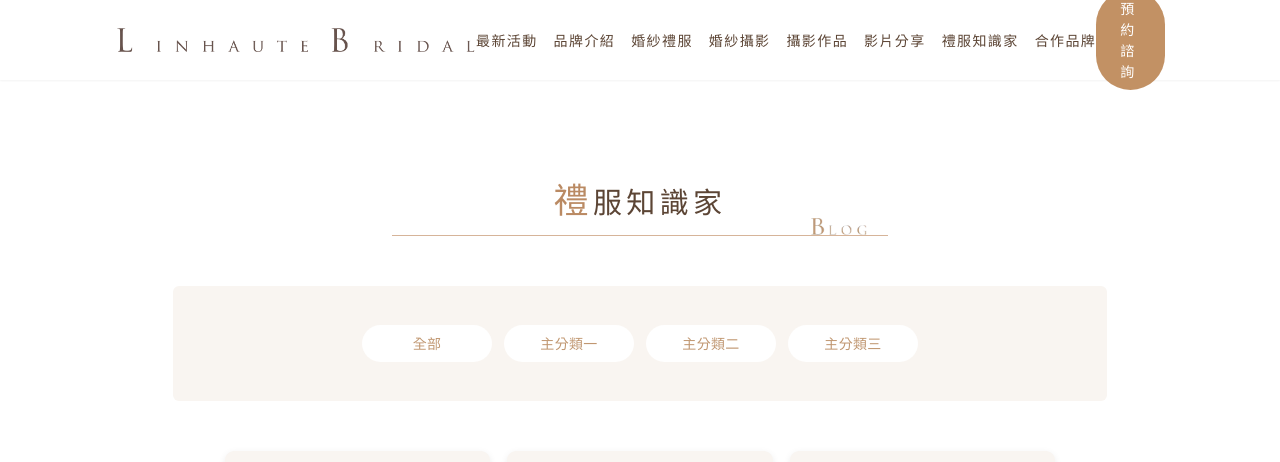
Repository: Jeffrey0117/lin-page
Page: 11.html
The author's editor kept a copy of each file at every save. The page is drawn from the files as they stood at one save, then again after the next save.
The browser window is 1280 px wide. The pictures show the part of the page from y = 0 to 462 px (the page is 2861 px tall before and 2855 px after).
Pictures or frames that could not be fetched are drawn as grey boxes. Some web libraries are served in a nearby version.

Above is the page before, as saved 2025-12-01 15:43:30.

### 11.html
<!DOCTYPE html>
<html lang="zh-Hant">
<head>
    <meta charset="UTF-8">
    <meta name="viewport" content="width=device-width, initial-scale=1.0">
    <script src="https://cdn.tailwindcss.com"></script>
    <script>
      tailwind.config = {
        theme: {
          extend: {
            colors: {
              'text-main-title': '#5C4535',
              'text-subtitle': '#8E8174',
              'text-gold': '#BA8A63',
              'btn-bg': '#C29164',
              'underline': '#D6B499',
              'card-bg': '#F9F5F1',
              'footer-bg': '#D3B599',
              'footer-copyright': '#C09771',
            }
          }
        }
      }
    </script>
    <title>禮服知識家 - LinHaute Bridal</title>
    <link rel="preconnect" href="https://fonts.googleapis.com">
    <link rel="preconnect" href="https://fonts.gstatic.com" crossorigin>
    <link href="https://fonts.googleapis.com/css2?family=Noto+Sans+HK:wght@300;400&display=swap" rel="stylesheet">
    <link href="https://fonts.googleapis.com/css2?family=Cormorant+Garamond:wght@600&display=swap" rel="stylesheet">
    <script src="https://code.jquery.com/jquery-3.6.0.min.js"></script>
    <style>
        .font-serifEng { font-family: 'Cormorant Garamond', serif; }
    </style>
</head>
<body class="font-['Noto_Sans_HK'] font-normal">

    <!-- Header Navigation -->
    <header class="fixed top-0 left-0 right-0 z-50 bg-white shadow-sm">
        <nav class="max-w-[1920px] mx-auto px-8 sm:px-10 md:px-16 lg:px-[115px]">
            <div class="flex items-center justify-between h-[80px]">
                <div class="flex-shrink-0 pl-2 sm:pl-0">
                    <a href="#" class="flex items-center">
                        <img src="images/logo/logo.svg" alt="LinHaute Bridal Logo" class="w-[200px] md:w-[280px] lg:w-[320px] xl:w-[361px] h-auto">
                    </a>
                </div>
                <div class="hidden lg:flex items-center lg:space-x-1.5 xl:space-x-4 2xl:space-x-6">
                    <a href="#" class="text-[13px] xl:text-[14px] tracking-[0.10em] text-text-main-title hover:text-text-gold transition-colors duration-300 whitespace-nowrap">最新活動</a>
                    <a href="#" class="text-[13px] xl:text-[14px] tracking-[0.10em] text-text-main-title hover:text-text-gold transition-colors duration-300 whitespace-nowrap">品牌介紹</a>
                    <a href="#" class="text-[13px] xl:text-[14px] tracking-[0.10em] text-text-main-title hover:text-text-gold transition-colors duration-300 whitespace-nowrap">婚紗禮服</a>
                    <a href="#" class="text-[13px] xl:text-[14px] tracking-[0.10em] text-text-main-title hover:text-text-gold transition-colors duration-300 whitespace-nowrap">婚紗攝影</a>
                    <a href="#" class="text-[13px] xl:text-[14px] tracking-[0.10em] text-text-main-title hover:text-text-gold transition-colors duration-300 whitespace-nowrap">攝影作品</a>
                    <a href="#" class="text-[13px] xl:text-[14px] tracking-[0.10em] text-text-main-title hover:text-text-gold transition-colors duration-300 whitespace-nowrap">影片分享</a>
                    <a href="#" class="text-[13px] xl:text-[14px] tracking-[0.10em] text-text-main-title hover:text-text-gold transition-colors duration-300 whitespace-nowrap">禮服知識家</a>
                    <a href="#" class="text-[13px] xl:text-[14px] tracking-[0.10em] text-text-main-title hover:text-text-gold transition-colors duration-300 whitespace-nowrap">合作品牌</a>
                </div>
                <div class="hidden lg:block">
                    <a href="#" class="inline-flex items-center justify-center px-6 py-2 bg-btn-bg text-white text-[14px] tracking-[0.10em] rounded-full hover:bg-text-gold transition-colors duration-300">預約諮詢</a>
                </div>
                <button id="mobile-menu-btn" class="lg:hidden flex flex-col justify-center items-center w-10 h-10 space-y-1.5 focus:outline-none" aria-label="Toggle menu">
                    <span class="hamburger-line w-6 h-0.5 bg-text-main-title transition-all duration-300"></span>
                    <span class="hamburger-line w-6 h-0.5 bg-text-main-title transition-all duration-300"></span>
                    <span class="hamburger-line w-6 h-0.5 bg-text-main-title transition-all duration-300"></span>
                </button>
            </div>
        </nav>
        <div id="mobile-menu" class="lg:hidden hidden bg-white border-t border-gray-100">
            <div class="px-4 py-4 space-y-3">
                <a href="#" class="block text-[14px] tracking-[0.10em] text-text-main-title hover:text-text-gold transition-colors duration-300 py-2">最新活動</a>
                <a href="#" class="block text-[14px] tracking-[0.10em] text-text-main-title hover:text-text-gold transition-colors duration-300 py-2">品牌介紹</a>
                <a href="#" class="block text-[14px] tracking-[0.10em] text-text-main-title hover:text-text-gold transition-colors duration-300 py-2">婚紗禮服</a>
                <a href="#" class="block text-[14px] tracking-[0.10em] text-text-main-title hover:text-text-gold transition-colors duration-300 py-2">婚紗攝影</a>
                <a href="#" class="block text-[14px] tracking-[0.10em] text-text-main-title hover:text-text-gold transition-colors duration-300 py-2">攝影作品</a>
                <a href="#" class="block text-[14px] tracking-[0.10em] text-text-main-title hover:text-text-gold transition-colors duration-300 py-2">影片分享</a>
                <a href="#" class="block text-[14px] tracking-[0.10em] text-text-main-title hover:text-text-gold transition-colors duration-300 py-2">禮服知識家</a>
                <a href="#" class="block text-[14px] tracking-[0.10em] text-text-main-title hover:text-text-gold transition-colors duration-300 py-2">合作品牌</a>
                <div class="pt-3">
                    <a href="#" class="inline-flex items-center justify-center w-full py-3 bg-btn-bg text-white text-[14px] tracking-[0.10em] rounded-full hover:bg-text-gold transition-colors duration-300">預約諮詢</a>
                </div>
            </div>
        </div>
    </header>

    <!-- 禮服知識家 Blog Section -->
    <section class="bg-white pt-[180px] flex flex-col items-center">

        <div class="main-title-wrapper flex flex-col items-center relative">
            <div class="relative inline-block">
                <h2 class="text-[29px] leading-none tracking-[0.15em] text-text-main-title inline">
                    <span class="text-[35px] text-text-gold">禮</span><span class="text-[29px] text-text-main-title">服知識家</span>
                </h2>
                <img src="images/text/section-blog.png" alt="BLOG" class="absolute left-[calc(100%+85px)] bottom-[-17px] h-[17px]">
            </div>
            <div class="w-[496px] border-b border-underline mt-[17px]"></div>
        </div>

        <div class="mt-[50px] mb-[50px] flex-col w-[90%] lg:w-[73%] max-w-[1392px] rounded-md flex bg-[#f9f5f1] py-[39px] px-2 sm:px-8 xl:px-40">
          <div class="flex flex-wrap xl:flex-nowrap gap-3 justify-center items-center">
            <button data-category="all" class="filter-btn group py-[8px] w-[130px] flex items-center justify-center text-[#c09771] rounded-full text-[14px] tracking-wide hover:bg-[#c09771] bg-white hover:text-white transition">全部</button>
            <button data-category="category-1" class="filter-btn group py-[8px] w-[130px] flex items-center justify-center gap-2 text-[#c09771] rounded-full text-[14px] tracking-wide hover:bg-[#c09771] bg-white hover:text-white transition">主分類一</button>
            <button data-category="category-2" class="filter-btn group py-[8px] w-[130px] flex items-center justify-center gap-2 text-[#c09771] rounded-full text-[14px] tracking-wide hover:bg-[#c09771] bg-white hover:text-white transition">主分類二</button>
            <button data-category="category-3" class="filter-btn group py-[8px] w-[130px] flex items-center justify-center gap-2 text-[#c09771] rounded-full text-[14px] tracking-wide hover:bg-[#c09771] bg-white hover:text-white transition">主分類三</button>
          </div>
        </div>
        <div class="w-full max-w-[1920px] grid grid-cols-1 sm:grid-cols-2 lg:grid-cols-3 gap-x-4 md:gap-x-[17px] gap-y-[67px] px-4 sm:px-8 md:px-16 lg:px-[225px] justify-items-center">

            <!-- Card 1 -->
            <div class="group w-full max-w-[385px] rounded-[9px] shadow-[0_2px_7px_rgba(0,0,0,0.08)] flex flex-col transition-colors duration-300 overflow-hidden bg-card-bg hover:bg-white">
                <img src="images/blog/blog-post-01.png" alt="Blog Image" class="w-[361px] h-[234px] mt-[17px] mx-[12px] object-cover">
                <p class="text-[14px] tracking-[0.10em] text-text-gold mt-[17px] px-[12px]">主分類一</p>
                <h3 class="text-[17px] tracking-[0.10em] text-text-main-title mt-[21px] mb-[26px] px-[12px]">高雄設計婚禮禮服推薦｜聚會場合不可少的晚禮服</h3>
                <p class="text-[14px] leading-6 tracking-[0.10em] text-text-subtitle px-[12px] grow">晚禮服是晚上20點以後穿用的正式禮服，是女士禮服中最高檔次，最具特色，充分展示個性的禮服樣式。又稱夜禮服、晚...</p>
                <a href="#" class="w-full h-[74px] mt-[26px] flex justify-center items-center text-[16px] font-semibold tracking-[0.10em] no-underline text-text-gold transition-colors duration-300 rounded-b-[9px] group-hover:bg-btn-bg group-hover:text-white" style="font-family: 'Cormorant Garamond', serif;">
                    <span>READ MORE</span> <i class="fas fa-chevron-right ml-2.5"></i>
                </a>
            </div>

            <!-- Card 2 -->
            <div class="group w-full max-w-[385px] rounded-[9px] shadow-[0_2px_7px_rgba(0,0,0,0.08)] flex flex-col transition-colors duration-300 overflow-hidden bg-card-bg hover:bg-white">
                <img src="images/blog/blog-post-02.png" alt="Blog Image" class="w-[361px] h-[234px] mt-[17px] mx-[12px] object-cover">
                <p class="text-[14px] tracking-[0.10em] text-text-gold mt-[17px] px-[12px]">主分類二</p>
                <h3 class="text-[17px] tracking-[0.10em] text-text-main-title mt-[21px] mb-[26px] px-[12px]">禮服挑選不藏私技巧大公開｜從認識禮服到婚紗挑選一次完整解析</h3>
                <p class="text-[14px] leading-6 tracking-[0.10em] text-text-subtitle px-[12px] grow">婚紗風格怎麼挑？看看身邊的朋友的婚紗照，總幻想著自己穿婚紗照該是什麼樣子。希望自己喜歡，又想要適合自己與另...</p>
                <a href="#" class="w-full h-[74px] mt-[26px] flex justify-center items-center text-[16px] font-semibold tracking-[0.10em] no-underline text-text-gold transition-colors duration-300 rounded-b-[9px] group-hover:bg-btn-bg group-hover:text-white" style="font-family: 'Cormorant Garamond', serif;">
                    <span>READ MORE</span> <i class="fas fa-chevron-right ml-2.5"></i>
                </a>
            </div>

            <!-- Card 3 -->
            <div class="group w-full max-w-[385px] rounded-[9px] shadow-[0_2px_7px_rgba(0,0,0,0.08)] flex flex-col transition-colors duration-300 overflow-hidden bg-card-bg hover:bg-white">
                <img src="images/blog/blog-post-03.png" alt="Blog Image" class="w-[361px] h-[234px] mt-[17px] mx-[12px] object-cover">
                <p class="text-[14px] tracking-[0.10em] text-text-gold mt-[17px] px-[12px]">主分類一</p>
                <h3 class="text-[17px] tracking-[0.10em] text-text-main-title mt-[21px] mb-[26px] px-[12px]">高雄婚紗禮服推薦首選｜禮服租借、婚紗照拍攝、婚紗攝影師好評、婚紗展熱銷款式</h3>
                <p class="text-[14px] leading-6 tracking-[0.10em] text-text-subtitle px-[12px] grow">高雄婚紗禮服推薦百選品牌！從專業婚顧服務、禮服租借、婚紗照拍攝、攝影師拍攝最受歡式、想知道更多婚紗展熱銷經...</p>
                <a href="#" class="w-full h-[74px] mt-[26px] flex justify-center items-center text-[16px] font-semibold tracking-[0.10em] no-underline text-text-gold transition-colors duration-300 rounded-b-[9px] group-hover:bg-btn-bg group-hover:text-white" style="font-family: 'Cormorant Garamond', serif;">
                    <span>READ MORE</span> <i class="fas fa-chevron-right ml-2.5"></i>
                </a>
            </div>

            <!-- Card 4 -->
            <div class="group w-full max-w-[385px] rounded-[9px] shadow-[0_2px_7px_rgba(0,0,0,0.08)] flex flex-col transition-colors duration-300 overflow-hidden bg-card-bg hover:bg-white">
                <img src="images/blog/04.png" alt="Blog Image" class="w-[361px] h-[234px] mt-[17px] mx-[12px] object-cover">
                <p class="text-[14px] tracking-[0.10em] text-text-gold mt-[17px] px-[12px]">主分類二</p>
                <h3 class="text-[17px] tracking-[0.10em] text-text-main-title mt-[21px] mb-[26px] px-[12px]">手工禮服與婚宴場地的搭配訣竅｜教妳挑出完美的宴客禮服婚紗</h3>
                <p class="text-[14px] leading-6 tracking-[0.10em] text-text-subtitle px-[12px] grow">婚紗風格怎麼挑？看著身邊的朋友的婚紗照，總幻想著自己的婚紗照該是什麼樣子。希望自己喜歡，又想要適合自己與另...</p>
                <a href="#" class="w-full h-[74px] mt-[26px] flex justify-center items-center text-[16px] font-semibold tracking-[0.10em] no-underline text-text-gold transition-colors duration-300 rounded-b-[9px] group-hover:bg-btn-bg group-hover:text-white" style="font-family: 'Cormorant Garamond', serif;">
                    <span>READ MORE</span> <i class="fas fa-chevron-right ml-2.5"></i>
                </a>
            </div>

            <!-- Card 5 -->
            <div class="group w-full max-w-[385px] rounded-[9px] shadow-[0_2px_7px_rgba(0,0,0,0.08)] flex flex-col transition-colors duration-300 overflow-hidden bg-card-bg hover:bg-white">
                <img src="images/blog/05.png" alt="Blog Image" class="w-[361px] h-[234px] mt-[17px] mx-[12px] object-cover">
                <p class="text-[14px] tracking-[0.10em] text-text-gold mt-[17px] px-[12px]">主分類三</p>
                <h3 class="text-[17px] tracking-[0.10em] text-text-main-title mt-[21px] mb-[26px] px-[12px]">高雄婚紗禮服推薦首選｜禮服租借技巧</h3>
                <p class="text-[14px] leading-6 tracking-[0.10em] text-text-subtitle px-[12px] grow">結婚是說起來很甜蜜的事情，但開始籌備後，才知道事前準備事項、功課清單越列越長，藏在細節裡的魔鬼多到不行！</p>
                <a href="#" class="w-full h-[74px] mt-[26px] flex justify-center items-center text-[16px] font-semibold tracking-[0.10em] no-underline text-text-gold transition-colors duration-300 rounded-b-[9px] group-hover:bg-btn-bg group-hover:text-white" style="font-family: 'Cormorant Garamond', serif;">
                    <span>READ MORE</span> <i class="fas fa-chevron-right ml-2.5"></i>
                </a>
            </div>

            <!-- Card 6 -->
            <div class="group w-full max-w-[385px] rounded-[9px] shadow-[0_2px_7px_rgba(0,0,0,0.08)] flex flex-col transition-colors duration-300 overflow-hidden bg-card-bg hover:bg-white">
                <img src="images/blog/06.png" alt="Blog Image" class="w-[361px] h-[234px] mt-[17px] mx-[12px] object-cover">
                <p class="text-[14px] tracking-[0.10em] text-text-gold mt-[17px] px-[12px]">主分類一</p>
                <h3 class="text-[17px] tracking-[0.10em] text-text-main-title mt-[21px] mb-[26px] px-[12px]">手工禮服是什麼？跟常見的婚紗禮服有什麼不同嗎？教你選擇最適合妳的禮服！</h3>
                <p class="text-[14px] leading-6 tracking-[0.10em] text-text-subtitle px-[12px] grow">每個人對婚紗的概念不一樣，我們尊重每一個人對婚紗的追求不同於常見的婚紗禮服，一件手工訂製獨一無二的單款禮服...</p>
                <a href="#" class="w-full h-[74px] mt-[26px] flex justify-center items-center text-[16px] font-semibold tracking-[0.10em] no-underline text-text-gold transition-colors duration-300 rounded-b-[9px] group-hover:bg-btn-bg group-hover:text-white" style="font-family: 'Cormorant Garamond', serif;">
                    <span>READ MORE</span> <i class="fas fa-chevron-right ml-2.5"></i>
                </a>
            </div>

            <!-- Card 7 -->
            <div class="group w-full max-w-[385px] rounded-[9px] shadow-[0_2px_7px_rgba(0,0,0,0.08)] flex flex-col transition-colors duration-300 overflow-hidden bg-card-bg hover:bg-white">
                <img src="images/blog/07.png" alt="Blog Image" class="w-[361px] h-[234px] mt-[17px] mx-[12px] object-cover">
                <p class="text-[14px] tracking-[0.10em] text-text-gold mt-[17px] px-[12px]">主分類二</p>
                <h3 class="text-[17px] tracking-[0.10em] text-text-main-title mt-[21px] mb-[26px] px-[12px]">手工禮服是什麼？跟常見的婚紗禮服有什麼不同嗎？教你選擇最適合妳的禮服！</h3>
                <p class="text-[14px] leading-6 tracking-[0.10em] text-text-subtitle px-[12px] grow">婚紗風格怎麼挑？看著身邊的朋友的婚紗照，總幻想著自己的婚紗照該是什麼樣子。希望自己喜歡，又想要適合自己與另...</p>
                <a href="#" class="w-full h-[74px] mt-[26px] flex justify-center items-center text-[16px] font-semibold tracking-[0.10em] no-underline text-text-gold transition-colors duration-300 rounded-b-[9px] group-hover:bg-btn-bg group-hover:text-white" style="font-family: 'Cormorant Garamond', serif;">
                    <span>READ MORE</span> <i class="fas fa-chevron-right ml-2.5"></i>
                </a>
            </div>

            <!-- Card 8 -->
            <div class="group w-full max-w-[385px] rounded-[9px] shadow-[0_2px_7px_rgba(0,0,0,0.08)] flex flex-col transition-colors duration-300 overflow-hidden bg-card-bg hover:bg-white">
                <img src="images/blog/08.png" alt="Blog Image" class="w-[361px] h-[234px] mt-[17px] mx-[12px] object-cover">
                <p class="text-[14px] tracking-[0.10em] text-text-gold mt-[17px] px-[12px]">主分類一</p>
                <h3 class="text-[17px] tracking-[0.10em] text-text-main-title mt-[21px] mb-[26px] px-[12px]">高雄絕美時裝小禮服推薦｜教你成為全場注目焦點</h3>
                <p class="text-[14px] leading-6 tracking-[0.10em] text-text-subtitle px-[12px] grow">在婚禮上，我們新娘並不是一定要一直穿著婚紗，除了婚紗，新娘們當然也少不了各種各樣的小禮服了，小禮物穿起來簡...</p>
                <a href="#" class="w-full h-[74px] mt-[26px] flex justify-center items-center text-[16px] font-semibold tracking-[0.10em] no-underline text-text-gold transition-colors duration-300 rounded-b-[9px] group-hover:bg-btn-bg group-hover:text-white" style="font-family: 'Cormorant Garamond', serif;">
                    <span>READ MORE</span> <i class="fas fa-chevron-right ml-2.5"></i>
                </a>
            </div>

            <!-- Card 9 -->
            <div class="group w-full max-w-[385px] rounded-[9px] shadow-[0_2px_7px_rgba(0,0,0,0.08)] flex flex-col transition-colors duration-300 overflow-hidden bg-card-bg hover:bg-white">
                <img src="images/blog/09.png" alt="Blog Image" class="w-[361px] h-[234px] mt-[17px] mx-[12px] object-cover">
                <p class="text-[14px] tracking-[0.10em] text-text-gold mt-[17px] px-[12px]">主分類二</p>
                <h3 class="text-[17px] tracking-[0.10em] text-text-main-title mt-[21px] mb-[26px] px-[12px]">禮服款式介紹</h3>
                <p class="text-[14px] leading-6 tracking-[0.10em] text-text-subtitle px-[12px] grow">每個人對婚紗的概念不一樣，我們尊重每一個人對婚紗的追求不同於常見的婚紗禮服，一件手工訂製獨一無二的單款禮服...</p>
                <a href="#" class="w-full h-[74px] mt-[26px] flex justify-center items-center text-[16px] font-semibold tracking-[0.10em] no-underline text-text-gold transition-colors duration-300 rounded-b-[9px] group-hover:bg-btn-bg group-hover:text-white" style="font-family: 'Cormorant Garamond', serif;">
                    <span>READ MORE</span> <i class="fas fa-chevron-right ml-2.5"></i>
                </a>
            </div>

        </div>



    </section>


    <!-- Footer Section -->
    <footer class="w-full bg-footer-bg relative mt-[120px]">
        <div class="absolute top-[20px] left-0 right-0 h-[1px] bg-white z-10"></div>
        <div class="absolute bottom-[20px] left-0 right-0 h-[1px] bg-white z-10"></div>
        <div class="container mx-auto px-4 max-w-[1200px] py-[53px]">
            <div class="grid grid-cols-1 lg:grid-cols-3 gap-8 items-center">
                <div class="text-white text-center lg:text-left lg:justify-self-start">
                    <p class="font-['Noto_Sans_HK'] font-light text-[13.5px] leading-[12px] mb-[12px]" style="letter-spacing: 1.5px;">服務時間｜10:00-18:00</p>
                    <p class="font-['Noto_Sans_HK'] font-light text-[13.5px] leading-[12px] mb-[12px]" style="letter-spacing: 1.5px;">固定公休｜每週三</p>
                    <p class="font-['Noto_Sans_HK'] font-light text-[13.5px] leading-[12px] mb-[12px]" style="letter-spacing: 1.5px;">聯絡電話｜07-2372269</p>
                    <p class="font-['Noto_Sans_HK'] font-light text-[13.5px] leading-[12px]" style="letter-spacing: 1.5px;">門市地址｜高雄市林森一路189號8樓 <a href="https://maps.google.com" target="_blank" class="inline text-[12px] font-['Noto_Sans_HK'] font-light leading-[12px] text-white hover:opacity-80 transition-opacity duration-300 underline ml-1" style="letter-spacing: 1.5px;">立即導航</a></p>
                </div>
                <div class="flex items-center justify-center py-[15px] lg:justify-self-center">
                    <img src="images/logo/logo-white.svg" alt="Lin Haute Bridal Logo" class="w-[195px] h-[139px] object-contain">
                </div>
                <div class="text-white text-center lg:text-right flex flex-col items-center lg:items-end lg:justify-self-end">
                    <div class="inline-flex gap-[25px] mb-[25px]">
                        <a href="#" target="_blank" rel="noopener noreferrer" class="w-[37px] h-[37px] rounded-full border border-white flex items-center justify-center hover:opacity-80 transition-opacity duration-300" aria-label="Line"><img src="images/icon/social-line.svg" alt="Line" class="w-[18px] h-[18px] object-contain"></a>
                        <a href="#" target="_blank" rel="noopener noreferrer" class="w-[37px] h-[37px] rounded-full border border-white flex items-center justify-center hover:opacity-80 transition-opacity duration-300" aria-label="Instagram"><img src="images/icon/social-instagram.svg" alt="Instagram" class="w-[18px] h-[18px] object-contain"></a>
                        <a href="#" target="_blank" rel="noopener noreferrer" class="w-[37px] h-[37px] rounded-full border border-white flex items-center justify-center hover:opacity-80 transition-opacity duration-300" aria-label="Facebook"><img src="images/icon/social-facebook.svg" alt="Facebook" class="w-[18px] h-[18px] object-contain"></a>
                        <a href="#" target="_blank" rel="noopener noreferrer" class="w-[37px] h-[37px] rounded-full border border-white flex items-center justify-center hover:opacity-80 transition-opacity duration-300" aria-label="YouTube"><img src="images/icon/social-youtube.svg" alt="YouTube" class="w-[18px] h-[18px] object-contain"></a>
                        <a href="#" target="_blank" rel="noopener noreferrer" class="w-[37px] h-[37px] rounded-full border border-white flex items-center justify-center hover:opacity-80 transition-opacity duration-300" aria-label="Email"><img src="images/icon/social-email.svg" alt="Email" class="w-[18px] h-[18px] object-contain"></a>
                    </div>
                    <p class="font-['Noto_Sans_HK'] font-normal text-[14px] leading-[18px] text-right" style="letter-spacing: 11px;">高級定制禮服．採預約制</p>
                </div>
            </div>
        </div>
    </footer>

    <div class="w-full bg-white h-[30px] flex items-center">
        <div class="container mx-auto px-4 max-w-[1200px]">
            <p class="font-['Noto_Sans_HK'] font-normal text-[11px] leading-[1] tracking-[0.5px] text-footer-copyright text-center">Copyright © Linhaute Bridal 2025. All Rights Reserved. Design by 漢羽網路</p>
        </div>
    </div>

    <script>
        document.addEventListener('DOMContentLoaded', function() {
            const menuBtn = document.getElementById('mobile-menu-btn');
            const mobileMenu = document.getElementById('mobile-menu');
            const hamburgerLines = menuBtn.querySelectorAll('.hamburger-line');
            menuBtn.addEventListener('click', function() {
                mobileMenu.classList.toggle('hidden');
                if (!mobileMenu.classList.contains('hidden')) {
                    hamburgerLines[0].style.transform = 'rotate(45deg) translate(5px, 6px)';
                    hamburgerLines[1].style.opacity = '0';
                    hamburgerLines[2].style.transform = 'rotate(-45deg) translate(5px, -6px)';
                } else {
                    hamburgerLines[0].style.transform = 'none';
                    hamburgerLines[1].style.opacity = '1';
                    hamburgerLines[2].style.transform = 'none';
                }
            });
        });
        $(document).ready(function () {
            $(".filter-btn").click(function () {
                const category = $(this).data("category");
                if (category === "all") {
                    $(".card").fadeIn(200);
                } else {
                    $(".card").fadeOut(200);
                    $("." + category).delay(200).fadeIn(200);
                }
            });
        });
    </script>

</body>
</html>

After the next save:
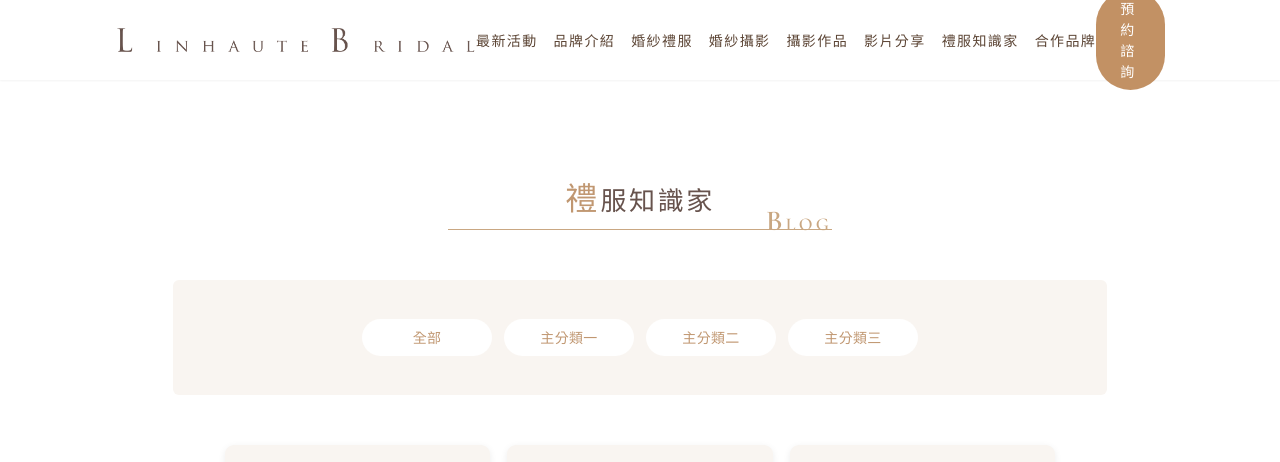
Saved 77 s later.
--- a/11.html
+++ b/11.html
@@ -82,16 +82,21 @@
 
     <!-- 禮服知識家 Blog Section -->
     <section class="bg-white pt-[180px] flex flex-col items-center">
-
-        <div class="main-title-wrapper flex flex-col items-center relative">
-            <div class="relative inline-block">
-                <h2 class="text-[29px] leading-none tracking-[0.15em] text-text-main-title inline">
-                    <span class="text-[35px] text-text-gold">禮</span><span class="text-[29px] text-text-main-title">服知識家</span>
-                </h2>
-                <img src="images/text/section-blog.png" alt="BLOG" class="absolute left-[calc(100%+85px)] bottom-[-17px] h-[17px]">
-            </div>
-            <div class="w-[496px] border-b border-underline mt-[17px]"></div>
-        </div>
+      <div class="w-full">
+        <div class="tracking-[-0.01em] leading-none text-center">
+          <span class="text-[25px] sm:text-[32px] text-[#C09771] font-[400]">禮</span>
+          <span class="tracking-[0.1em] text-[19px] sm:text-[26px] text-[#67534D] font-[400]">服知識家</span>
+        </div>
+
+        <div class="mx-auto w-full xl:w-[30%] w-max-[581px] flex justify-end relative">
+          <div class="flex items-end leading-[0.6] tracking-[0.2em]">
+            <span class="text-[22px] sm:text-[29px] font-serifEng font-[500] text-[#c9a782]">B</span>
+            <span class="text-[11px] sm:text-[18px] font-serifEng font-[400] text-[#c9a782]">LOG</span>
+          </div>
+        </div>
+
+        <div class="mx-auto w-full xl:w-[30%] w-max-[581px] border-b border-[#c9a782]"></div>
+      </div>
 
         <div class="mt-[50px] mb-[50px] flex-col w-[90%] lg:w-[73%] max-w-[1392px] rounded-md flex bg-[#f9f5f1] py-[39px] px-2 sm:px-8 xl:px-40">
           <div class="flex flex-wrap xl:flex-nowrap gap-3 justify-center items-center">
